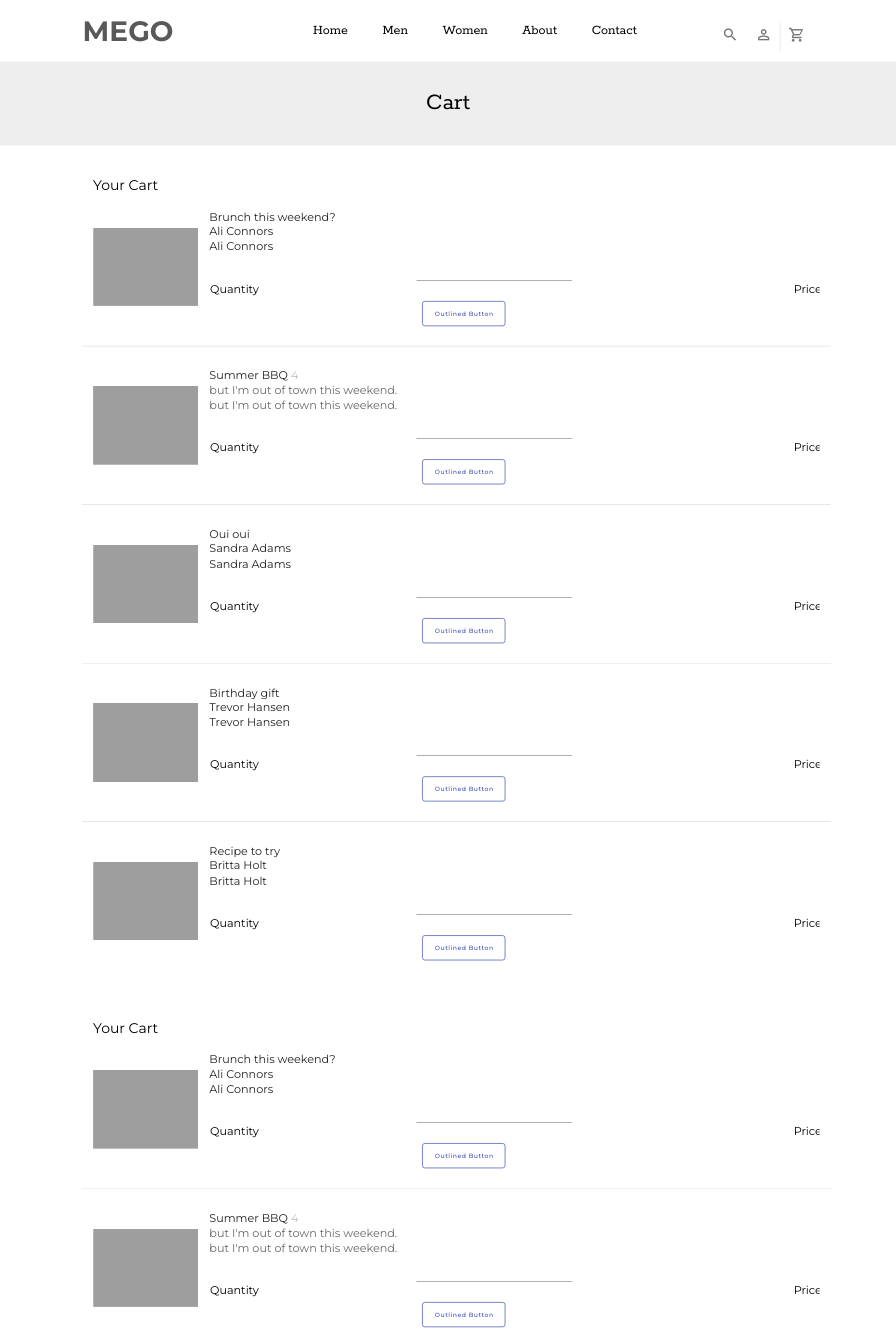
Repository: nguyenphuong152/mego-frontend
Page: /cart (app in frontend/)
These files come from the project's save history. The page is drawn as it stood at one moment and after the next save; the edit follows.
The browser window is 1280 px wide. The pictures show the part of the page from y = 0 to 1920 px (the page is 2724 px tall before and 3384 px after), at 70% of full size.
Pictures or frames that could not be fetched are drawn as grey boxes. The project was rebuilt for these pictures with package versions that can differ from the ones it lists, and the page was loaded fresh each time. Also part of the build but not shown: frontend/vue.config.js, frontend/src/components/Customer/Collection.vue, frontend/src/components/Customer/Banner.vue, frontend/src/components/Customer/BestSeller.vue, frontend/src/components/Customer/Partner.vue, frontend/src/views/Customer/Home.vue, frontend/src/components/Customer/ProductCategory.vue, frontend/src/components/Customer/ProductView.vue and 10 more. Imported but missing from the stored project, and not drawn on this page: frontend/src/views/Admin/Category.vue, frontend/src/views/Admin/ManageProduct.vue, frontend/src/views/Admin/ManageUser.vue, frontend/src/views/Admin/OrderList.vue.

Above is the page before, as saved 2020-11-26 16:54:05.

### frontend/public/index.html
<!DOCTYPE html>
<html lang="en">
  <head>
    <meta charset="utf-8">
    <head>
      <title>MEGO</title>
    </head>
    <meta http-equiv="X-UA-Compatible" content="IE=edge">
    <meta name="viewport" content="width=device-width,initial-scale=1.0">
    <link rel="icon" href="<%= BASE_URL %>favicon.ico">
    <title><%= htmlWebpackPlugin.options.title %></title>
    <link href="https://fonts.googleapis.com/css?family=Montserrat:300,400,500,600,700" rel="stylesheet">
    <link href="https://fonts.googleapis.com/css?family=Rokkitt:100,300,400,700" rel="stylesheet">
    <link rel="stylesheet" href="https://fonts.googleapis.com/css?family=Roboto:100,300,400,500,700,900">
    <link rel="stylesheet" href="https://cdn.jsdelivr.net/npm/@mdi/font@latest/css/materialdesignicons.min.css">
  </head>
  <body>
    <noscript>
      <strong>We're sorry but <%= htmlWebpackPlugin.options.title %> doesn't work properly without JavaScript enabled. Please enable it to continue.</strong>
    </noscript>
    <div id="app"></div>
    <!-- built files will be auto injected -->
  </body>
</html>

### frontend/src/main.js
import Vue from 'vue'
import App from './App.vue'
import vuetify from './plugins/vuetify';
import router from './router'
import '../sass/style.scss'
import 'bootstrap/dist/css/bootstrap.css'
import 'bootstrap-vue/dist/bootstrap-vue.css'
import { BootstrapVue, IconsPlugin } from 'bootstrap-vue'

Vue.use(BootstrapVue)
// Optionally install the BootstrapVue icon components plugin
Vue.use(IconsPlugin)
Vue.config.productionTip = false

new Vue({
  vuetify,
  router,
  render: h => h(App)
}).$mount('#app')

### frontend/src/App.vue
<template>
  <v-app app>
    <v-container v-if="!['Admin', 'Banner', 'Category','Product','ManageUser','OrderList','Dashboard'].includes($route.name)">
      <Toolbar />
    </v-container>
    <v-main>
      <router-view></router-view>
    </v-main>
      <Footer v-if="!['Admin', 'Banner', 'Category','Product','ManageUser','OrderList','Dashboard'].includes($route.name)"/>
  </v-app>

</template>

<script>

import Footer from "./components/Customer/Footer";
import Toolbar from "./components/Customer/Toolbar";

export default {
  name: "App",

  components: {
    Toolbar,
    Footer
  },

  data: () => ({
    //
  }),
};
</script>

### frontend/src/plugins/vuetify.js
import Vue from 'vue';
import Vuetify from 'vuetify/lib';


Vue.use(Vuetify);

const vuetify = new Vuetify({
    theme: {
      themes: {
        light: {
          primary: '#000',
          secondary: '#b0bec5',
          accent: '#8c9eff',
          error: '#b71c1c',
        },
      },
    },
  })

export default new Vuetify({
    vuetify,
});

### frontend/src/router/index.js
import Vue from "vue";
import VueRouter from "vue-router";
import Home from "../views/Customer/Home.vue";
import Men from "../views/Customer/Men.vue";
import Women from "../views/Customer/Women.vue";
import Admin from "../views/Admin/Admin.vue";
import Product from "../views/Admin/ManageProduct.vue";
import Banner from "../views/Admin/Banner.vue";
import Category from "../views/Admin/Category.vue";
import ManageUser from "../views/Admin/ManageUser.vue";
import OrderList from "../views/Admin/OrderList.vue";
import Dashboard from "../views/Admin/Dashboard.vue"
//import ProductDetail from "../views/ProductDetail.vue"

Vue.use(VueRouter);

const routes = [
  {
    path: "/",
    name: "Home",
    component: Home,
  },
  {
    path: "/men",
    name: "Men",
    component: Men,
  },
  {
    path: "/women",
    name: "Women",
    component: Women,
  },
  {
    path: "/about",
    name: "About",
    // route level code-splitting
    // this generates a separate chunk (about.[hash].js) for this route
    // which is lazy-loaded when the route is visited.
    component: () =>
      import(/* webpackChunkName: "about" */ "../views/Customer/About.vue"),
  },
  {
    path: "/contact",
    name: "Contact",
    component: () =>
      import(/* webpackChunkName: "about" */ "../views/Customer/Contact.vue"),
  },
  {
    path: "/cart",
    name: "Cart",
    component: () =>
      import(/* webpackChunkName: "about" */ "../views/Customer/Cart.vue"),
  },
  {
    path: "/account",
    name: "Account",
    component: () =>
      import(/* webpackChunkName: "about" */ "../views/Customer/Account.vue"),
  },
  {
    path: "/userlogin",
    name: "UserLogin",
    component: () =>
      import(/* webpackChunkName: "about" */ "../views/Customer/UserLogin.vue"),
  },
  {
    path: "/checkout",
    name: "Checkout",
    component: () =>
      import(/* webpackChunkName: "about" */ "../views/Customer/Checkout.vue"),
  },
  {
    path: "/product/:id",
    name: "ProductDetail",
    component: () =>
      import(/* webpackChunkName: "about" */ "../views/Customer/ProductDetail.vue"),
  },
  {
    path: "/admin",
    name: "Admin",
    component: Admin,
    children: [
      {
        path: "/banner",
        name: "Banner",
        component: Banner,
      },
      {
        path: "/category",
        name: "Category",
        component: Category,
      },
      {
        path: "/product",
        name: "Product",
        component: Product,
      },
      {
        path: "/manageuser",
        name: "ManageUser",
        component: ManageUser,
      },
      {
        path: "/orderlist",
        name: "OrderList",
        component: OrderList,
      },
      {
        path: "/dashboard",
        name: "Dashboard",
        component: Dashboard,
      },
    ],
  },
];

const router = new VueRouter({
  mode: "history",
  base: process.env.BASE_URL,
  routes,
});

export default router;

### frontend/sass/style.scss

$font-primary: 'Montserrat',
Arial,
sans-serif;
$font-secondary: 'Rokkitt',
Georgia,
serif;


@import '~vuetify/src/styles/styles.sass';

// Overrides
$grid-gutter-width: 20px !default;
$border-radius-base: 4px !default;
$padding-base-vertical: 14px !default;

$brand-primary: #616161 !default;
$brand-secondary: #88c8bc !default;
$brand-yellow: #FFDD00 !default;
$brand-footer-color: #2C2E3E;

$brand-white: #fff;
$brand-black: #000;
$brand-darker: #444;
$brand-gray: #ccc;
$brand-lighter: #e9e9e9;
$brand-body-color: #e8e8e8;
$brand-selection-color: #f9f6f0;
$brand-overlay-color: #4c4a8a;
$brand-bg-color: $brand-white;

.v-btn {
  text-transform:none !important;
}
// .v-text-field{
//   width: 50px;
//   height: 10px;
// }

#app {
  -webkit-font-smoothing: antialiased;
  -moz-osx-font-smoothing: grayscale;

  text-align: center;
  .container {
    max-width: 1100px;
  }
  font: 300
}

.nav {
  padding-left: 0px;
  a {
    font-size: 20px;
    color: lighten($brand-black,35%);
    font-family: $font-secondary;
    text-decoration: none;
    font-weight: 500;
    &.router-link-exact-active {
      color: #42b983;
    }

  }
}

#logo {
  font-size: 40px;
  font-weight: 700;
  font-family: $font-primary;
  color: lighten($brand-black, 35%);
}


.slogan {
  font-size: 50px;
  color: #2c3e50;
  font-family: $font-secondary;
  text-decoration: none;
}

.title-collection{
  @extend .slogan;
  font-size: 25px;
}


.slogan-3 {
  @extend .slogan;
  font-size: 35px;
}

.title-shoes {
  @extend .slogan;
  font-size: 20px;
}


.footer-text {
  font-family:$font-primary;
  font-size: 16px;
}

.admin {
  font-family: $font-primary;
  font-size:16px;
}

.admin-nav {
  font-family: $font-primary !important;
  font-size: 20px !important;
  color: white !important;
}

### frontend/src/components/Customer/Footer.vue
<template>
  <v-footer class="white" padless>
    <v-row justify="center" no-gutters>
      <v-btn
        v-for="link in links"
        :key="link"
        color="black"
        text
        rounded
        class="my-2 footer-text"
      >
        {{ link }}
      </v-btn>
      <v-col class="white py-4 text-center fluid footer-text" cols="12">
        {{ new Date().getFullYear() }} — <strong>Made with love</strong>
      </v-col>
    </v-row>
  </v-footer>
</template>

<script>
export default {
  data: () => ({
    links: ["Home", "About Us", "Team", "Services", "Blog", "Contact Us"],
  }),
};
</script>

<style></style>

### frontend/src/components/Customer/Toolbar.vue
<template>
  <v-toolbar flat>
    <v-row class="d-flex align-baseline">
      <v-col cols="3" class="d-flex justify-lg-start">
        <v-toolbar-title id="logo">MEGO</v-toolbar-title>
      </v-col>
      <v-col class="d-flex justify-space-around text-start nav">
        <router-link to="/">Home</router-link>
        <router-link to="/men">Men</router-link>
        <router-link to="/women">Women</router-link>
        <router-link to="/about">About</router-link>
        <router-link to="/contact">Contact</router-link>
      </v-col>
      <v-col cols="2" class="d-flex justify-end">
        <v-btn icon>
          <v-icon>mdi-magnify</v-icon>
        </v-btn>
        <v-menu
          open-on-hover
          top
          offset-y
          :position-x="960"
          :position-y="230"
          absolute
        >
          <template v-slot:activator="{ on, attrs }">
            <v-btn icon v-bind="attrs" v-on="on">
              <v-icon>mdi-account-outline</v-icon>
            </v-btn>
          </template>

          <v-list class="text-start nav">
            <v-list-item v-for="(item, index) in routes" :key="index" :to="item.path">
              <v-list-item-title>{{ item.name }}</v-list-item-title>
            </v-list-item>
          </v-list>
        </v-menu>
        <v-divider vertical inset></v-divider>
        <v-btn icon @click="goToCart">
          <v-icon>mdi-cart-outline</v-icon>
        </v-btn>
      </v-col>
    </v-row>
  </v-toolbar>
</template>

<script>
export default {
  data: () => ({
    routes: [
      {
        path:"/checkout",
        name:"Check Out"
       },
       {
        path:"/account",
        name:"My Account"
       },
       {
        path:"/userlogin",
        name:"User Login"
       },

    ],
  }),
  methods: {
     goToCart: function() {
     this.$router.push({name: 'Cart'})
     }
  }
};
</script>

<style></style>

### frontend/src/views/Customer/Cart.vue
<template>
  <div class="cart app">
   <v-sheet color="grey lighten-3" height="120">
      <v-container py-8>
        <a class="slogan-3">Cart</a>
      </v-container>
    </v-sheet>
     <div>
       <v-container>
 <v-row>
         <v-col>
<totalProducts/>
         </v-col>
   <v-col>
<totalProducts/>
         </v-col>
       </v-row>
       </v-container>

  </div>
  </div>
</template>

<script>

import totalProducts from '../../components/Customer/TotalProducts'


export default {
  components: {totalProducts},
   data () {

   }
}
</script>

### frontend/src/components/Customer/TotalProducts.vue
<template>
  <v-container class="app">
    <v-list three-line>
      <template v-for="(item, index) in items">
        <v-subheader
          class="admin-nav black--text"
          v-if="item.header"
          :key="item.header"
          v-text="item.header"
        ></v-subheader>

        <v-divider v-else-if="item.divider" :key="index"></v-divider>

        <v-list-item v-else :key="item.title">
          <v-img :src="item.avatar" max-height="150" max-width="150"></v-img>
          <v-list-item-content class="text-start ml-4">
            <v-list-item-title
              v-html="item.title"
              class="admin"
            ></v-list-item-title>
            <v-list-item-subtitle
              class="admin"
              v-html="item.subtitle"
            ></v-list-item-subtitle>
            <v-list-item-subtitle
              class="admin"
              v-html="item.subtitle"
            ></v-list-item-subtitle>
            <v-row class="pl-4 d-flex align-center">
              <v-col class="pa-0 admin " cols="4">
                <a>Quantity</a>
              </v-col>
              <v-col class="pa-0 admin" cols="3">
                <v-text-field single-line></v-text-field>
                <v-btn class="ma-2" outlined color="indigo">
              Outlined Button
            </v-btn>
              </v-col>
              <v-col class="text-end admin">
                <a> Price</a>
              </v-col>
            </v-row>
          </v-list-item-content>
        </v-list-item>
      </template>
    </v-list>
  </v-container>
</template>

<script>
export default {
  data: () => ({
    items: [
      { header: "Your Cart" },
      {
        avatar: "https://cdn.vuetifyjs.com/images/lists/1.jpg",
        title: "Brunch this weekend?",
        subtitle: `<span class="text--primary">Ali Connors</span>`,
      },
      { divider: true, inset: true },
      {
        avatar: "https://cdn.vuetifyjs.com/images/lists/2.jpg",
        title: 'Summer BBQ <span class="grey--text text--lighten-1">4</span>',
        subtitle: `but I'm out of town this weekend.`,
      },
      { divider: true, inset: true },
      {
        avatar: "https://cdn.vuetifyjs.com/images/lists/3.jpg",
        title: "Oui oui",
        subtitle: '<span class="text--primary">Sandra Adams</span> ',
      },
      { divider: true, inset: true },
      {
        avatar: "https://cdn.vuetifyjs.com/images/lists/4.jpg",
        title: "Birthday gift",
        subtitle: '<span class="text--primary">Trevor Hansen</span> ',
      },
      { divider: true, inset: true },
      {
        avatar: "https://cdn.vuetifyjs.com/images/lists/5.jpg",
        title: "Recipe to try",
        subtitle: '<span class="text--primary">Britta Holt</span>',
      },
    ],
    size: ["Foo", "Bar", "Fizz", "Buzz"],
  }),
};
</script>

<style></style>

After the next save:
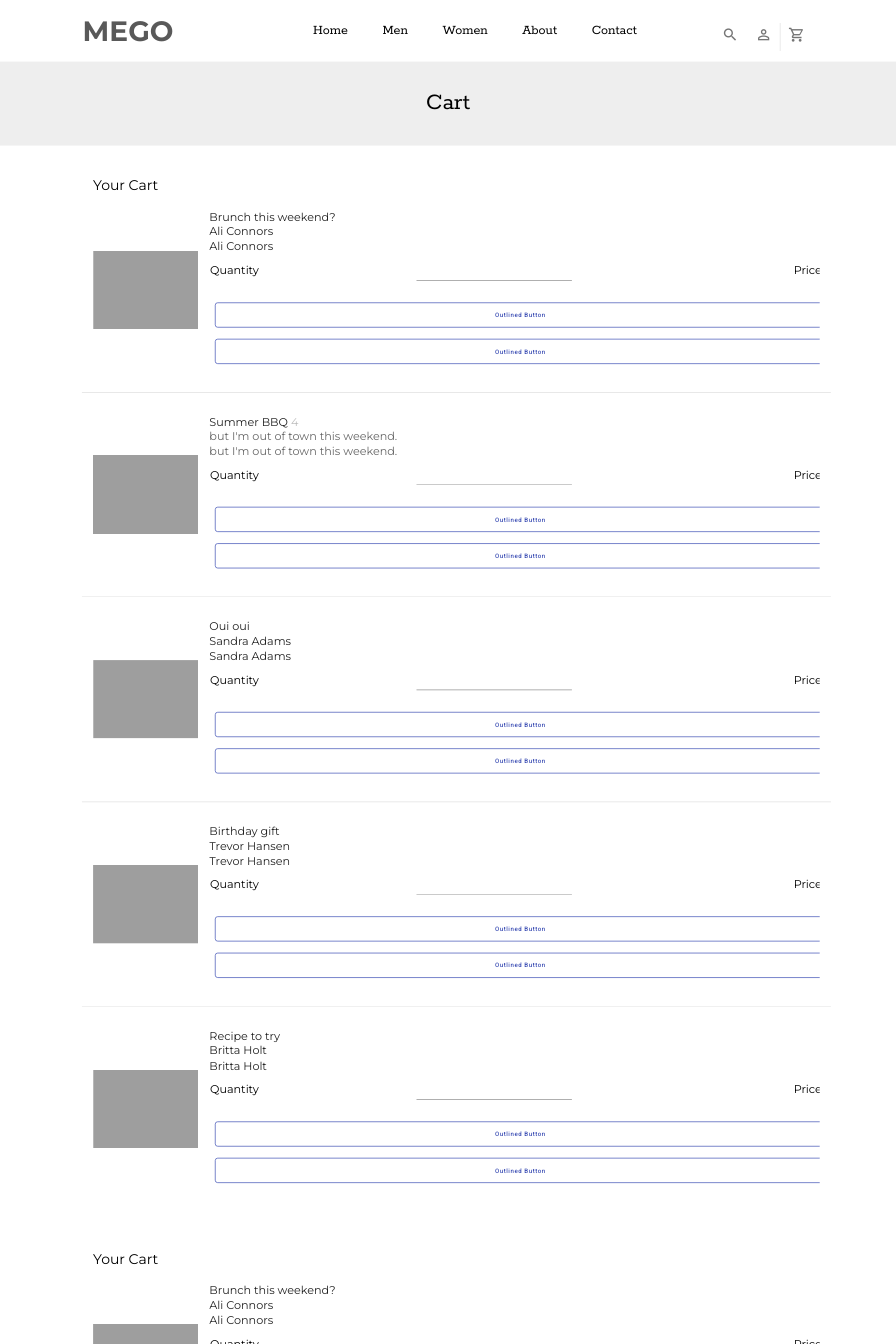
Saved 23 s later.
--- a/frontend/src/components/Customer/TotalProducts.vue
+++ b/frontend/src/components/Customer/TotalProducts.vue
@@ -32,14 +32,17 @@
               </v-col>
               <v-col class="pa-0 admin" cols="3">
                 <v-text-field single-line></v-text-field>
-                <v-btn class="ma-2" outlined color="indigo">
-              Outlined Button
-            </v-btn>
               </v-col>
               <v-col class="text-end admin">
                 <a> Price</a>
               </v-col>
             </v-row>
+            <v-btn class="ma-2" outlined color="indigo">
+              Outlined Button
+            </v-btn>
+            <v-btn class="ma-2" outlined color="indigo">
+              Outlined Button
+            </v-btn>
           </v-list-item-content>
         </v-list-item>
       </template>
